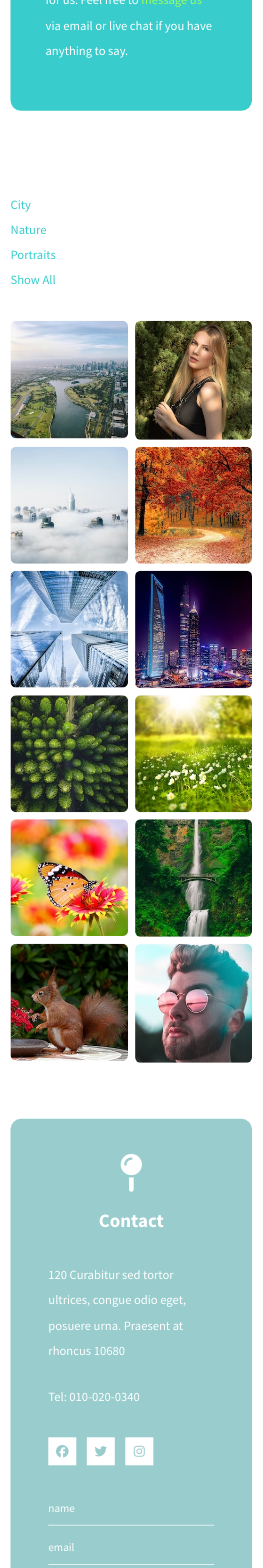
Repository: BuiVanVu102/Tooplate
Page: index.html
An editor plug-in stored every save of this project. The page is shown before and after the next save, followed by the edit.
The browser window is 375 px wide. The pictures show the part of the page from y = 1195 to 3435 px (the page is 3873 px tall before and 3765 px after), at 70% of full size.
Some web libraries are served in a nearby version. The style sheet was rebuilt from its Sass, Less or Tailwind sources for each picture, by a compiler version that may differ from the author's.

Above is the page before, as saved 2021-11-17 14:13:53.

### index.html
<!DOCTYPE html>
<html lang="en">
<head>
	<meta charset="UTF-8">
	<meta http-equiv="X-UA-Compatible" content="IE=edge">
	<meta name="viewport" content="width=device-width, initial-scale=1.0">
	<link rel="preconnect" href="https://fonts.googleapis.com">
	<link rel="preconnect" href="https://fonts.gstatic.com" crossorigin>
	<link href="https://fonts.googleapis.com/css2?family=Source+Sans+Pro:wght@400;700&display=swap" rel="stylesheet">
	<link rel="stylesheet" href="./css/app.css">
	<title>Nano Folio - Live View</title>
</head>
<body>
		<div class="wrapper">
			<main>
				<section class="first">
					<div class="container">
						<div class="first__container">
							<i class="fas fa-heart fa-3x"></i>
							<h1 class="first__name">Nano Folio</h1>
						</div>
					</div>
				</section>
				<section class="about">
					<div class="container">
						<div class="about__container">
							<div class="about__heading">
								<i class="fas fa-users fa-2x"></i>
								<h2 class="about__name">
									About Us
								</h2>
							</div>
							<div class="about__desc">
								<p class="about__typography1">
									Nano Folio is simple HTML template with a minimal very light-weight custom CSS file. Max content width is 940 pixels. You can easily change the width or any part in this template. Gallery comes with a pop-up image and simple categories.
								</p>
								<p class="about__typography2">
									Please support Tooplate website by telling your friends about it. That is going to be very helpful for us. Feel free to <a rel="nofollow" href="https://www.tooplate.com/contact" target="_blank" style="color: #99FF66;">message us</a>  via email or live chat if you have anything to say.
								</p>
							</div>
						</div>
					</div>
				</section>
				<section class="show">
					<div class="container">
						<div class="show__container">
							<div class="show__header">
								<ul class="menu">
									<li class="menu__item"><a href="#!">City</a></li>
									<li class="menu__item"><a href="#!">Nature</a></li>
									<li class="menu__item"><a href="#!">Portraits</a></li>
									<li class="menu__item"><a href="#!">Show All</a></li>
								</ul>
							</div>
							<div class="show__list">
								<div class="show__img">
									<img src="./images/city-1.jpg" alt="">
								</div>
								<div class="show__img">
									<img src="./images/human-1.jpg" alt="">
								</div>
								<div class="show__img">
									<img src="./images/city-2.jpg" alt="">
								</div>
								<div class="show__img">
									<img src="./images/nature-1.jpg" alt="">
								</div>
								<div class="show__img">
									<img src="./images/city-3.jpg" alt="">
								</div>
								<div class="show__img">
									<img src="./images/city-4.jpg" alt="">
								</div>
								<div class="show__img">
									<img src="./images/nature-2.jpg" alt="">
								</div>
								<div class="show__img">
									<img src="./images/nature-3.jpg" alt="">
								</div>
								<div class="show__img">
									<img src="./images/nature-4.jpg" alt="">
								</div>
								<div class="show__img">
									<img src="./images/nature-5.jpg" alt="">
								</div>
								<div class="show__img">
									<img src="./images/nature-6.jpg" alt="">
								</div>
								<div class="show__img">
									<img src="./images/human-2.jpg" alt="">
								</div>

							</div>
						</div>
					</div>
				</section>
				<section class="form">
					<div class="container">
						<div class="form__container">
							<div class="form__submit">
								<input type="text" name="" id="" placeholder="name">
								<input type="email" name="" id="" placeholder="email">
								<textarea name="" id="" cols="30" rows="10" placeholder="message"></textarea>
								<button type="submit">send</button>
							</div>
							<div class="form__info">
								<address class="form__adress">120 Curabitur sed tortor ultrices, congue odio eget, posuere urna. Praesent at rhoncus 10680</address>
								<div class="form__phone">
									Tel: <a href="tel:0100200340" class="form__phone-link">010-020-0340</a>
								</div>
								<div class="form__network">
									<a href="https://facebook.com"><i class="fab fa-facebook"></i></a>
									<a href="https://twitter.com"><i class="fab fa-twitter"></i></a>
									<a href="https://instagram.com"><i class="fab fa-instagram"></i></a>

								</div>
							</div>
							<div class="form__contact">
								<i class="fas fa-map-pin fa-3x"></i>
								<h2 class="form__contact-text">
									Contact
								</h2>
							</div>
						</div>
					</div>
				</section>
			</main>
			<footer class="footer">
				<div class="container">
					<div class="footer__container">

					Copyright 2020 Nano Folio - Design: <a rel="sponsored" href="https://www.tooplate.com" class="footer__link">Tooplate</a>
					</div>
				</div>
			</footer>
		</div>
		<script src="https://kit.fontawesome.com/33b4a28a88.js" crossorigin="anonymous"></script>
</body>
</html>

### sass/app.scss
@import 'variable';
@import 'reset';
@import 'global';
@import 'first';
@import 'about';
@import 'show';
@import 'form';
@import 'footer';

### sass/_variable.scss
$font: 'Source Sans Pro', sans-serif;
$text-color: #ffff;
$title-color: #38cccc;

### sass/_reset.scss
html {
	box-sizing: border-box;
  }
  * {
	margin: 0;
	padding: 0;
  }
  *,
  *:before,
  *:after {
	box-sizing: border-box;
  }
  input,
  textarea,
  select,
  button {
	outline: none;
  }
  input {
	line-height: normal;
  }
  label,
  button {
	cursor: pointer;
  }
  a {
	text-decoration: none;
  }
  img {
	display: block;
	max-width: 100%;
  }

### sass/_global.scss
body {
	line-height: 2em;
	color: $font;
	font-size: 18px;
	font-family: $font;
	font-weight: 400;
	background-color: white;
	overflow-x: hidden;
}

.wrapper {
	max-width: 100%;
	margin: 0 auto;
}
.container {
	width: 100%;
	max-width: 970px;
	margin: 0 auto;
	padding: 0px 15px;
}

### sass/_first.scss
.first {
	margin-top: 60px;
	&__container{
		display: flex;
		flex-direction: column;
		justify-content: center;
		align-items: center;
		border-radius: 15px;
		max-width: 940px;
		height: 470px;
		background-color: #f96699;
		color: white;
		margin-bottom: 50px;

	}
	&__name {
		margin: 22px 0;
	}
}
.fa-hear:before {
	content: "\f004";
}

### sass/_about.scss
.about {
	margin-top: 0px;
	&__container {
		display: flex;
		// justify-content: center;
		// align-items: center
		padding: 50px 50px;
		margin-bottom: 80px;

		min-height: 482px;
		max-width: 940px;
		background-color: #38cccc;
		color: white;

		border-radius: 15px;
	}
	&__heading {
		display: flex;
		flex-direction: column;
		align-items: center;
		justify-content: center;

		// min-width: 420px;
		min-width: 50%;
		// min-height:382px;
	}
	&__name {
		margin:  22px 0;
		font-size: 1.5em;
		font-weight: bold;
	}
	&__decs {
		display: block;
		min-width: 50%;
	}
	&__typography1 {
		margin: 18px 0 40px;

		margin-block-start: 1em;
		margin-block-end: 1em;
		margin-inline-start: 0px;
		margin-inline-end: 0px;
	}
	&__typography2 {
		margin: 18px 0 0;

		margin-block-start: 1em;
		margin-block-end: 1em;
		margin-inline-start: 0px;
		margin-inline-end: 0px;
	}
}
.fa-user:before {
	content: "\f0c0";
}
@media screen and (max-width: 545px) {
	.about__container {
		display: flex;
		flex-direction: column;
	}
}

@media screen and (max-width: 375px) {

	.about__container {
		display: flex;
		flex-direction: column;

	}
}

### sass/_show.scss
.show {
	margin-bottom: 80px;
	&__container {
		display: block;
	}
	&__header {
		display: flex;
		justify-content: flex-end;
		align-items: center;
		margin-bottom: 40px;
		color: #38CCCC;
	}
	&__list {
		display: grid;
		grid-template-columns: repeat(4, 1fr);
		gap: 20px;

		position: relative;
	}
	&__img img{
		width: auto;
		height: auto;
		border-radius: 0.5rem;
	}

}

.menu {
	list-style: none;
	display: flex;
	align-items: center;
	gap:40px ;


	&__item a {
		color: inherit;
		font-size: 18px;
	}
	&__item a:focus{
		color: #f96699;
	}
}
@media screen and (max-width: 768px) {
	.show__header {
		display: flex;
		justify-content: flex-start;
	}
	.show__list {
		display: grid;
		grid-template-columns: repeat(3, 1fr);
		gap: 15px 15px;

	}
	.menu {
		margin-left: 36px;
	}

}
@media screen and (max-width: 545px) {
	.show__list {
		display: grid;
		grid-template-columns: repeat(2, 1fr);
		gap: 15px 15px;
	}
}

@media screen and (max-width: 375px) {
	.show__header {
		display: inline-block;
	}
	.menu{
		display: inline;
		padding: 0;
		margin-left: 40px;
	}
	.menu__list {
		display: inherit;
	}
	.show__list {
		display: grid;
		grid-template-columns: repeat(2, 1fr);
		gap: 10px 10px;
	}
	.show__img img{
		width: auto;
		height: auto;
	}
}

### sass/_form.scss
.form {
	margin-bottom: 50px;
	&__container {
		display: flex;
		justify-content: space-between;
		align-self: center;

		width: 100%;
		min-height: 438px;

		color: white;
		background-color: #99CCCC;

		padding: 50px 20px;

		border-radius: 15px;
	}
	&__submit {
		display: block;
		width: 40%;
	}
	&__submit  input{
		display: block;
		font-family: $font;
		font-size: 1rem;
		background: transparent;
		color: white;
		border: 0;
		border-bottom: 1px solid white;
		padding: 15px 0;
		margin-top: 5px;
		margin-bottom: 5px;
		width: 100%;
	}
	&__submit textarea {
		font-family: $font;
		font-size: 1rem;
		background:transparent;
		border: 0;
		border-bottom: 1px solid white;
		color: white;
		padding: 15px 0;
		margin: 5px 0 30px;
		max-width: 100%;
		max-height: 156px;
	}
	&__submit input:focus-visible {
		outline-offset: 0px;
		outline: -webkit-focus-color auto 1px;
		outline-color: -webkit-focus-ring-color;
		outline-style: auto;
		outline-width: 1px;
	}
	&__submit textarea:focus-visible {
		outline-offset: 0px;
		outline: -webkit-focus-ring-color auto 1px;
		outline-color: -webkit-focus-ring-color;
		outline-style: auto;
		outline-width: 1px;
	}
	&__submit button {
		display: block;

		background: none;
		color: white;
		font-size: 1rem;
		border: 0;
		cursor: pointer;
		transition: all 0.3s ease;

		margin-left: auto;
		margin-right: 0;
	}
	&__submit button:hover {
		color: black;
	}
	&__submit button:focus-visible {
		outline-offset: 0px;
		outline: -webkit-focus-ring-color auto 1px;
		outline-color: -webkit-focus-ring-color;
		outline-style: auto;
		outline-width: 1px;
	}
	&__info {
		display: block;

		width: 40%;
		padding: 20px 34px 0;
	}
	&__adress{
		display: block;
		margin-bottom: 30px;
		font-style: normal;
		font-size: 18px;

		max-width: 292px;
	}
	&__phone {
		display: block;
		margin-bottom: 40px;
		color: white;
		&-link {
			color: inherit;
			transition: all 0.3s ease;
		}
		&-link:hover {
			color: #38CCCC;
		}
	}
	&__network {
		display: flex;

	}
	&__network a {
		display: flex;
		justify-content: center;
		align-items: center;

		height: 40px;
		width: 40px;

		background-color: #ffff;
		margin-right: 15px;

		color: #99cccc;
		transition: all 0.3s ease;
	}
	&__network a:hover {
		color: #30ADAD;
	}
	&__contact {
		display: flex;
		flex-direction: column;
		align-items: center;
		justify-content: center;

		width: 20%;
		padding: 0 34px;
		&-text {
			display: block;
			margin: 22.4px;
			font-size: 1.5em;
			font-weight: bold;

		}
	}
}
::placeholder {
	color: white;

}

.fa-facebook:before {
	content: "\f09a";
}
.fa-twitter:before {
    content: "\f099";
}
.fa-instagram:before {
    content: "\f16d";
}
.fa-map-pin:before {
    content: "\f276";
}

@media screen and (max-width: 545px) {
	.form__container {
		display: flex;
		flex-direction: column-reverse;
		justify-content: center;
		align-items: center;


		width: 100%;
	}
	.form__info {
		display: block;
		width: 100%;

		padding: 20px 34px 0;
		margin-bottom: 30px;
	}
	.form__submit {
		display: block;
		width: 100%;

		padding: 0 34px ;
		margin: 0 0 20px;
	}
	.form__submit textarea {
		width: 100%;
	}
}

@media screen and (max-width: 375px) {
	.form__container {
		display: flex;
		flex-direction: column-reverse;
		justify-content: center;
		align-items: center;
		padding: 50px 20px;
	}
	.form__info {
		display: block;
		width: 100%;

	}
	.form__submit {
		display: block;
		width: 100%;
	}
}

### sass/_footer.scss
.footer {
	margin-bottom: 60px;
	&__container {
		display: block;
		color: #999999;
		text-align: center;
	}
	&__link {
		color:#999999;
		transition: all 0.3s ease;
	}
	&__link:hover {
		color: #38CCCC;
	}

}

After the next save:
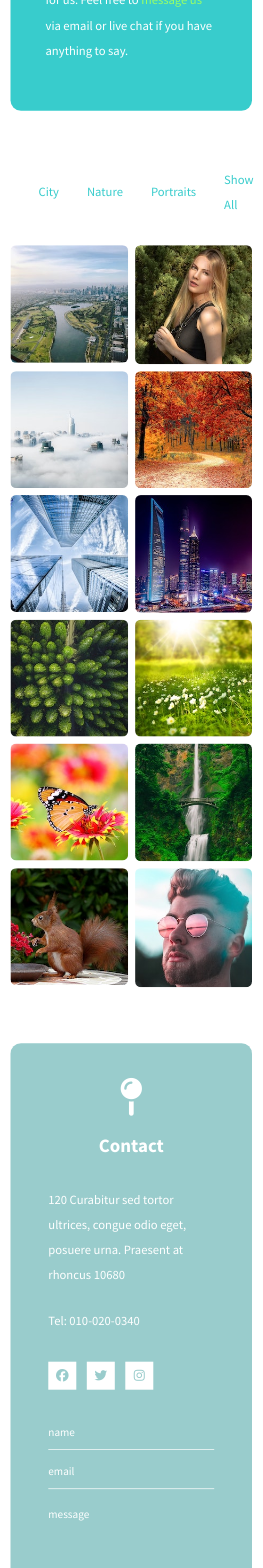
Saved 7 s later.
--- a/sass/_show.scss
+++ b/sass/_show.scss
@@ -69,7 +69,7 @@
 		display: inline-block;
 	}
 	.menu{
-		display: inline;
+
 		padding: 0;
 		margin-left: 40px;
 	}
